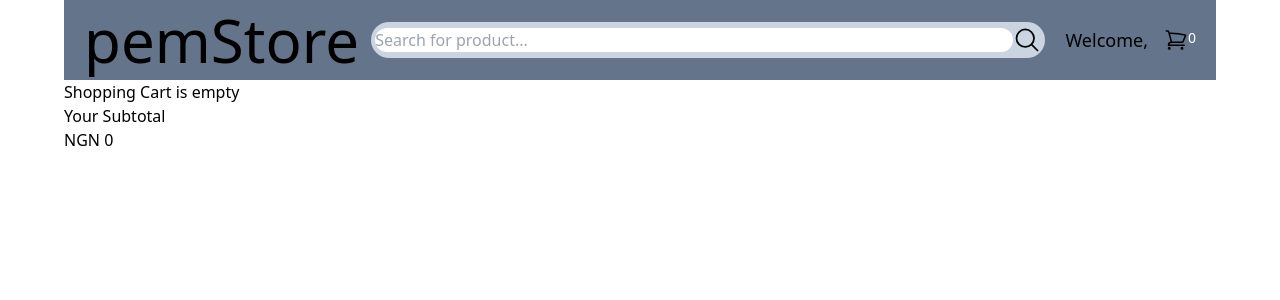
Repository: Semanmernstack/pemstore
Page: /checkout
An editor plug-in stored every save of this project. The page is shown before and after the next save, followed by the edit.
The browser window is 1280 px wide. The pictures show the whole page.
The page's requests for data from a server got no answer. The project was rebuilt for these pictures with package versions that can differ from the ones it lists, and the page was loaded fresh each time. The framework's server and built-in components were replaced by stand-ins that run in the browser. No one was signed in, and anything a server would have sent is missing. Also part of the build but not shown: next.config.js, components/CheckoutProduct.js.

Above is the page before, as saved 2022-11-06 04:45:10.

### pages/_app.js
import '../styles/globals.css'
import { SessionProvider } from "next-auth/react"
import { Provider } from 'react-redux'
import { store } from '../store'


function MyApp({ Component, pageProps: { session, ...pageProps }, }) {
  return (
    <SessionProvider session={session}>
      <Provider store={store}  >
        <Component {...pageProps} />
      </Provider>


    </SessionProvider>
  )
}

export default MyApp

### pages/checkout.js
import { useSession } from 'next-auth/react'
import React from 'react'
import { useSelector } from 'react-redux'
import CheckoutProduct from '../components/CheckoutProduct'
import Header from '../components/Header'
import { selectItems } from '../slices/basketSlice'

function Checkout() {
    const { data: session } = useSession()
    const items = useSelector(selectItems)
  return (
    <div  className=" mx-auto max-w-6xl "  >
        <Header />
        <div className="h-20">
        <div className="flex items-center ">
            <h1>{items.length === 0 ? "Shopping Cart is empty"  : "Your  pemStore Cart" }   </h1>
            <p>{session?.user.name}</p>
        </div>
        <div>
            <h1>Your Subtotal</h1>
            <span>NGN 0</span>
        </div>
        </div>

        {items.map((item, i) => (
            <CheckoutProduct
                key={i}
                id={item.id}
                title={item.title}
                price={item.price}
                description={item.description}
                category={item.category}
                image={item.image}
            />
        ))}



    </div>
  )
}

export default Checkout

### store.js
import { configureStore } from '@reduxjs/toolkit';
import  basketReducer  from "./slices/basketSlice"
// ...

export const store = configureStore({
  reducer: {
    basket: basketReducer,


  },
})

### components/Header.js
import React from 'react'
import { useSession, signIn, signOut } from "next-auth/react"
import { useRouter } from 'next/router'
import { useSelector } from 'react-redux'
import { selectItems } from '../slices/basketSlice'

function Header() {
    const { data: session } = useSession()
    const router = useRouter()
    const items = useSelector(selectItems)

    return (
      <div className="flex  items-center   h-20 md:p-2  lg:p-5 bg-slate-500  sticky top-0 z-20">
          <div onClick={() => router.push("/")} className="mr-3  text-3xl md:text-5xl lg:text-6xl">
              <h1 className="cursor-pointer">pemStore</h1>
          </div>
          <div className="flex items-center flex-grow bg-slate-300 p-1 cursor-pointer rounded-full ">
              <input className="outline-none  rounded-full flex-grow   " type="text" placeholder="Search for product..." />
              <svg className="h-7 w-7"   xmlns="http://www.w3.org/2000/svg" fill="none" viewBox="0 0 24 24" strokeWidth={1.5} stroke="currentColor" >
                  <path strokeLinecap="round" strokeLinejoin="round" d="M21 21l-5.197-5.197m0 0A7.5 7.5 0 105.196 5.196a7.5 7.5 0 0010.607 10.607z" />
              </svg>
          </div>
          <div className="flex items-center  mx-2 lg:text-2xl">
          <div  onClick={!session ? signIn : signOut} className="flex items-center cursor-pointer text-sm md:text-lg mx-3">

              <p className="mr-1"> Welcome,</p>
              <p>{session?.user.name}</p>

          </div>
          <div onClick={() => router.push("/checkout")} className="relative flex items-center ">
              <svg xmlns="http://www.w3.org/2000/svg" fill="none" viewBox="0 0 24 24" strokeWidth={1.5} stroke="currentColor" className="w-6 h-6">
                  <path strokeLinecap="round" strokeLinejoin="round" d="M2.25 3h1.386c.51 0 .955.343 1.087.835l.383 1.437M7.5 14.25a3 3 0 00-3 3h15.75m-12.75-3h11.218c1.121-2.3 2.1-4.684 2.924-7.138a60.114 60.114 0 00-16.536-1.84M7.5 14.25L5.106 5.272M6 20.25a.75.75 0 11-1.5 0 .75.75 0 011.5 0zm12.75 0a.75.75 0 11-1.5 0 .75.75 0 011.5 0z" />
              </svg>
              <p className="absolute left-6 top-0 text-sm text-white   ">{items?.length}</p>
          </div>
          </div>

      </div>
    )
  }

  export default Header

### slices/basketSlice.js
import { createSlice } from '@reduxjs/toolkit';

const initialState = {
    items: [],
};




export const basketSlice = createSlice({
    name: "basket",
    initialState,
    // The `reducers` field lets us define reducers and generate associated actions
    reducers: {
        addtoBasket: (state, action) => {
            state.items = [...state.items, action.payload]
        },
        removeFromBasket: (state, action) => {
            const index = state.items.findIndex(
                (basketItem) => basketItem.id === action.payload.id
            )
            let newBasket = [...state.items];
            if (index >= 0) {
                newBasket.splice(index, 1)
            } else {
                console.warn(
                    `you cant remove product {id: ${action.payload.id}} as its not added`
                )
            }
            state.items = newBasket;
        }




    },

});

export const { addtoBasket, removeFromBasket } = basketSlice.actions;



export const selectItems = (state) => state.basket?.items;

export default basketSlice.reducer;

Loaded but not shown: styles/globals.css (common file); tailwind.config.js (common file)

After the next save:
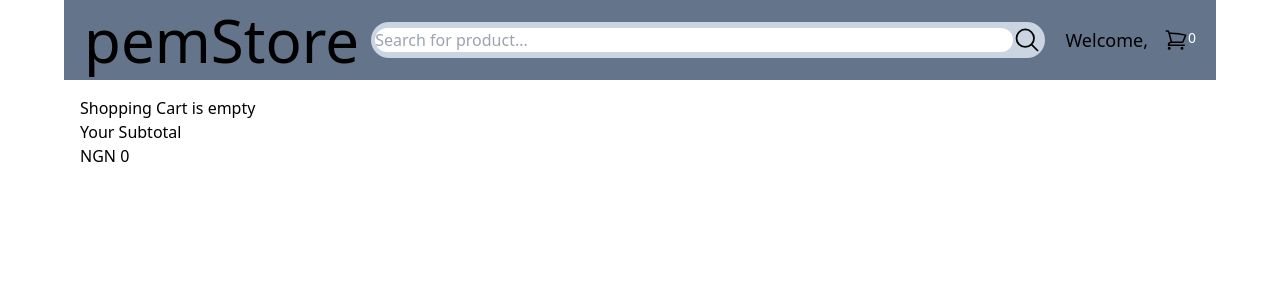
Saved 12 s later.
--- a/pages/checkout.js
+++ b/pages/checkout.js
@@ -11,7 +11,7 @@ function Checkout() {
   return (
     <div  className=" mx-auto max-w-6xl "  >
         <Header />
-        <div className="h-20">
+        <div className="h-20 p-4">
         <div className="flex items-center ">
             <h1>{items.length === 0 ? "Shopping Cart is empty"  : "Your  pemStore Cart" }   </h1>
             <p>{session?.user.name}</p>
